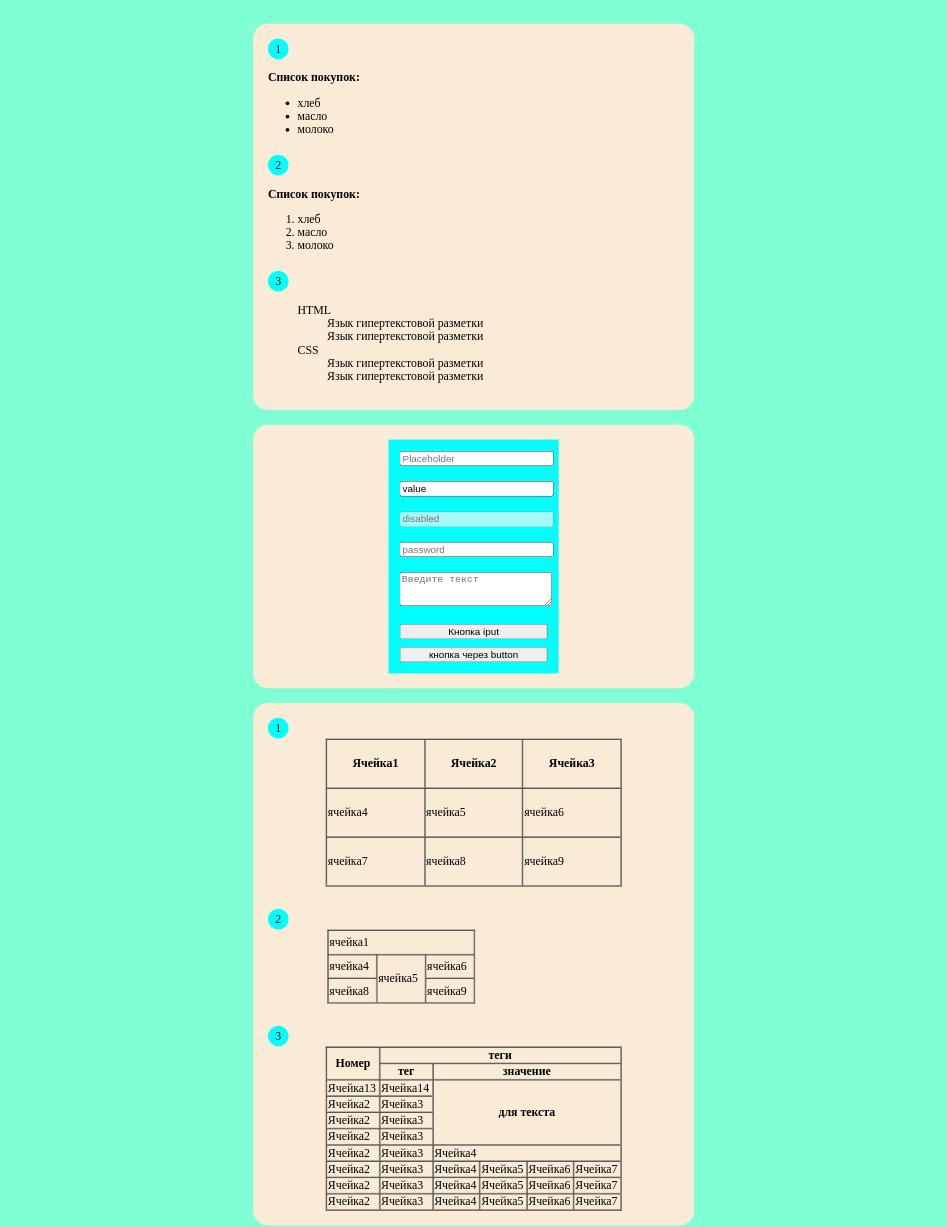
Repository: Savich01/-
Page: html/index.html
An editor plug-in stored every save of this project. The page is shown before and after the next save, followed by the edit.
The browser window is 1280 px wide. The pictures show the whole page, at 74% of full size.

Above is the page before, as saved 2024-05-31 17:25:54.

After the next save:
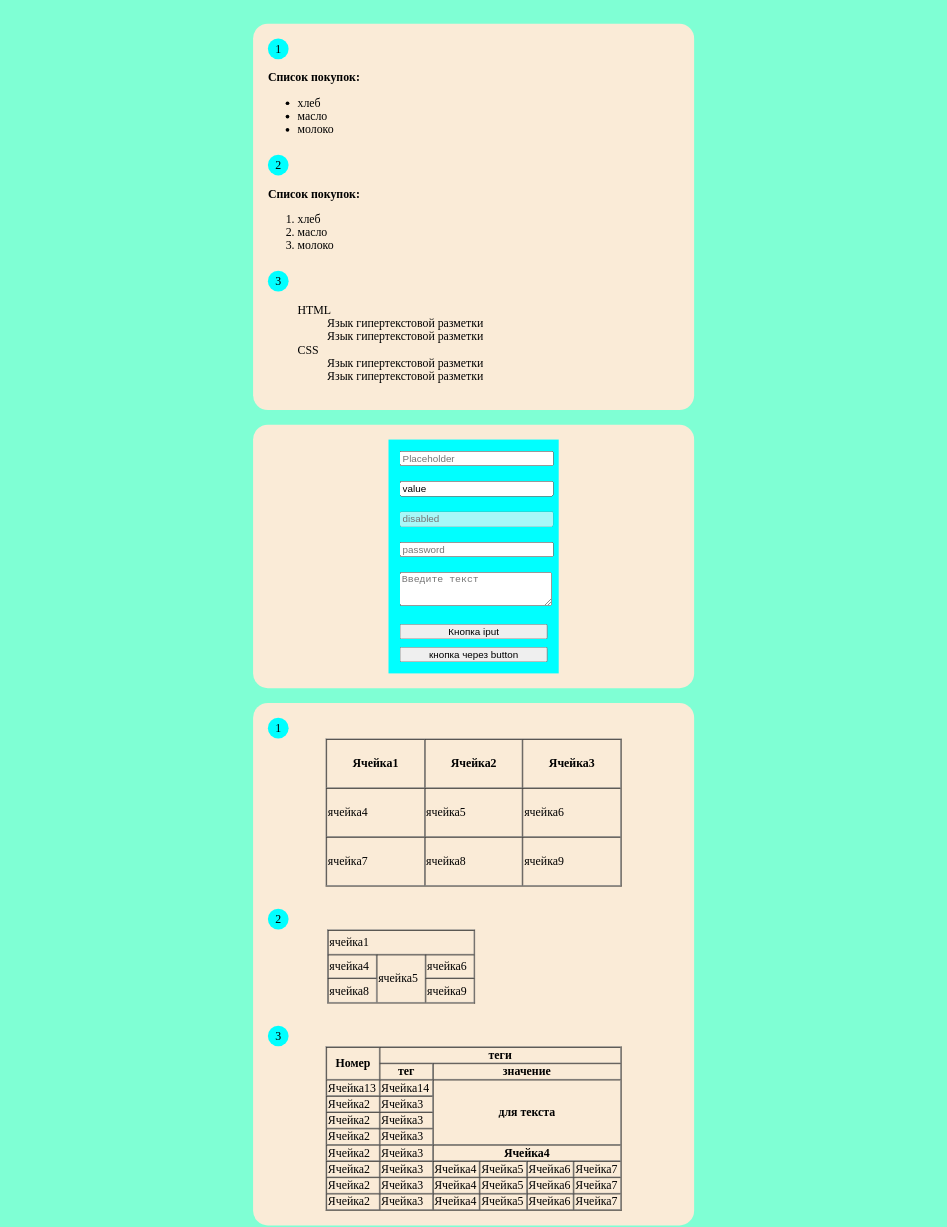
Saved 11 s later.
--- a/html/index.html
+++ b/html/index.html
@@ -156,7 +156,7 @@
                     <tr>
                         <td>Ячейка2</td>
                         <td>Ячейка3</td>
-                        <td colspan="4">Ячейка4</td>
+                        <th colspan="4">Ячейка4</th>
                         <!-- <td>Ячейка5</td> -->
                         <!-- <td>Ячейка6</td> -->
                         <!-- <td>Ячейка7</td> -->
